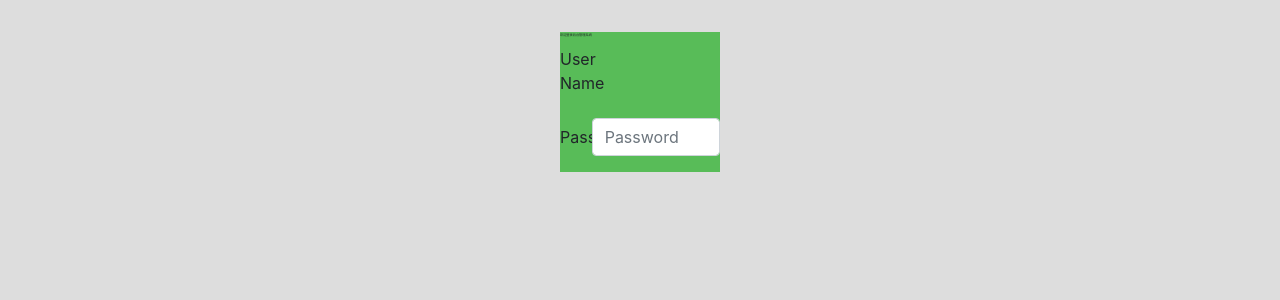
Repository: Rayfang0719/Vue-admin
Page: /
The author's editor kept a copy of each file at every save. The page is drawn from the files as they stood at one save, then again after the next save.
The browser window is 1280 px wide. The pictures show the whole page.
The project was rebuilt for these pictures with package versions that can differ from the ones it lists, and the page was loaded fresh each time. Also part of the build but not shown: vue.config.js.

Above is the page before, as saved 2019-05-11 09:54:39.

After the next save:
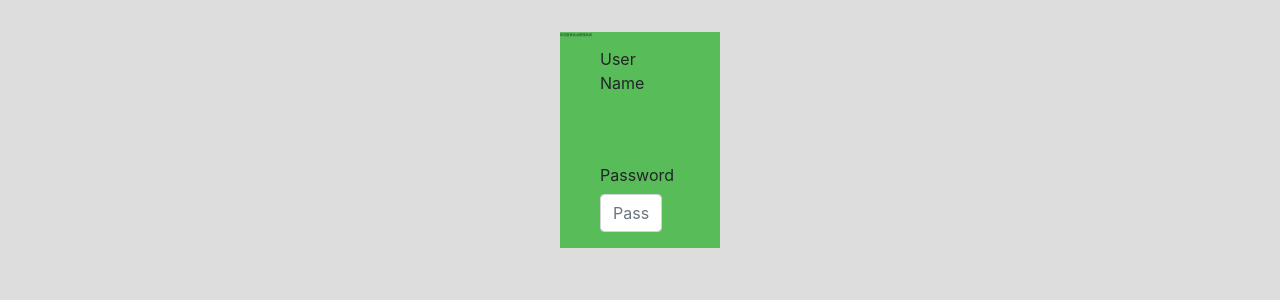
Saved 91 s later.
--- a/src/pages/login.vue
+++ b/src/pages/login.vue
@@ -2,7 +2,7 @@
 <div class="login">
     <h3>欢迎登录后台管理系统</h3>
 
-<form>
+<form class="login-form">
   <div class="form-group row">
     <label for="username" class="col-sm-2 col-form-label">User Name</label>
     <div class="col-sm-10">
